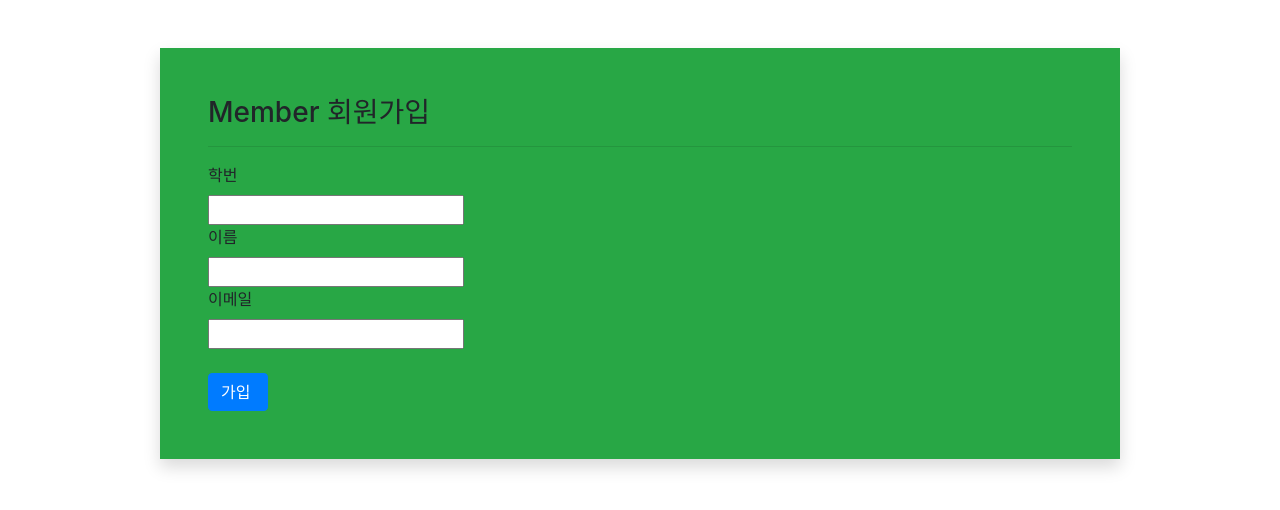
Repository: hadora01/newWeb
Page: http://localhost/jhbook/studentInfo.jsp
The author's editor kept a copy of each file at every save. The page is drawn from the files as they stood at one save, then again after the next save.
The browser window is 1280 px wide. The pictures show the whole page.
The page is served by Tomcat 9. Other server files are loaded and not shown.

Above is the page before, as saved 2021-11-02 11:15:48.

### jhbook/WebContent/studentInfo.jsp
<%@ page language="java" contentType="text/html; charset=UTF-8"
    pageEncoding="UTF-8"%>
<!DOCTYPE html PUBLIC "-//W3C//DTD HTML 4.01 Transitional//EN" "http://www.w3.org/TR/html4/loose.dtd">
<html>
<head>
<meta http-equiv="Content-Type" content="text/html; charset=UTF-8">

<!-- 한글처리를 위해서  -->
<meta charset="UTF-8">

<!-- Bootstrap CSS -->
<link rel="stylesheet" href="https://stackpath.bootstrapcdn.com/bootstrap/4.3.1/css/bootstrap.min.css" integrity="sha384-ggOyR0iXCbMQv3Xipma34MD+dH/1fQ784/j6cY/iJTQUOhcWr7x9JvoRxT2MZw1T" crossorigin="anonymous">

<!-- Optional JavaScript -->
<!-- jQuery first, then Popper.js, then Bootstrap JS -->
<script src="https://code.jquery.com/jquery-3.3.1.slim.min.js" integrity="sha384-q8i/X+965DzO0rT7abK41JStQIAqVgRVzpbzo5smXKp4YfRvH+8abtTE1Pi6jizo" crossorigin="anonymous"></script>
<script src="https://cdnjs.cloudflare.com/ajax/libs/popper.js/1.14.7/umd/popper.min.js" integrity="sha384-UO2eT0CpHqdSJQ6hJty5KVphtPhzWj9WO1clHTMGa3JDZwrnQq4sF86dIHNDz0W1" crossorigin="anonymous"></script>
<script src="https://stackpath.bootstrapcdn.com/bootstrap/4.3.1/js/bootstrap.min.js" integrity="sha384-JjSmVgyd0p3pXB1rRibZUAYoIIy6OrQ6VrjIEaFf/nJGzIxFDsf4x0xIM+B07jRM" crossorigin="anonymous"></script>

<title>학생정보 사이트 </title>
</head>

<body>
	<div class = "container bg-success shadow mx-auto mt-5 p-5 w-75">

	<h3>Member 회원가입 </h3>
	<hr>
	<form method ="post" action ="signup.jsp" >
		<label>학번</label> <br>
		<input type ="text" name ="memberno"> <br>

		<label>이름</label> <br>
		<input type ="text" name ="membername"><br>

		<label>이메일</label> <br>
		<input type ="email"  name ="memberemail"><br><br>

		<input type ="submit"  class = "btn btn-primary " value ="가입 " >



		</form>
	</div>

</body>
</html>

After the next save:
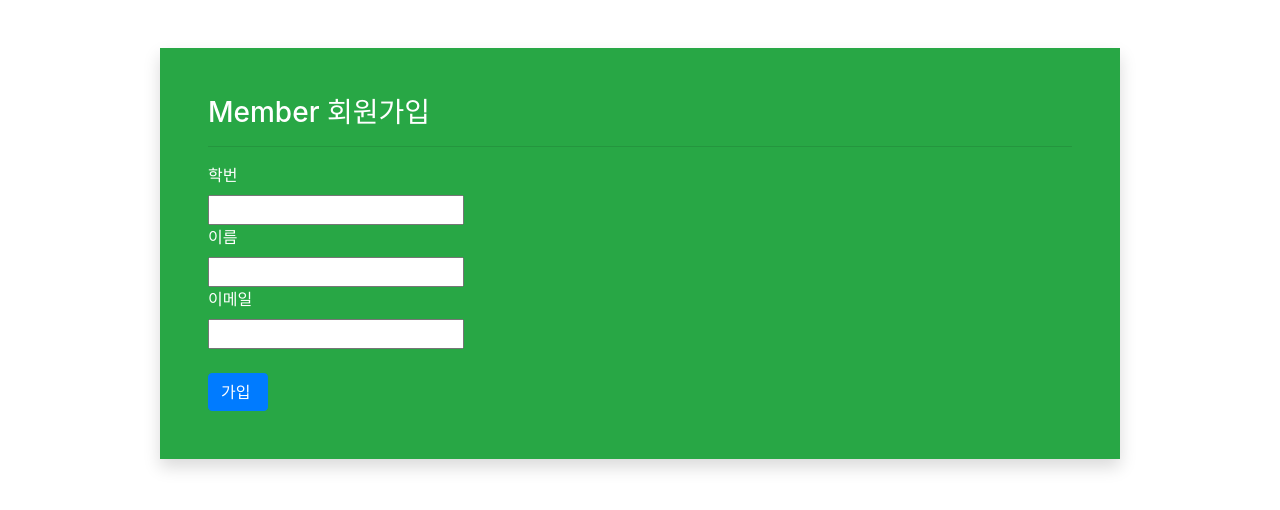
Saved 7 s later.
--- a/jhbook/WebContent/studentInfo.jsp
+++ b/jhbook/WebContent/studentInfo.jsp
@@ -21,7 +21,7 @@
 </head>
 
 <body>
-	<div class = "container bg-success shadow mx-auto mt-5 p-5 w-75">
+	<div class = "container bg-success text-white shadow mx-auto mt-5 p-5 w-75">
 
 	<h3>Member 회원가입 </h3>
 	<hr>
